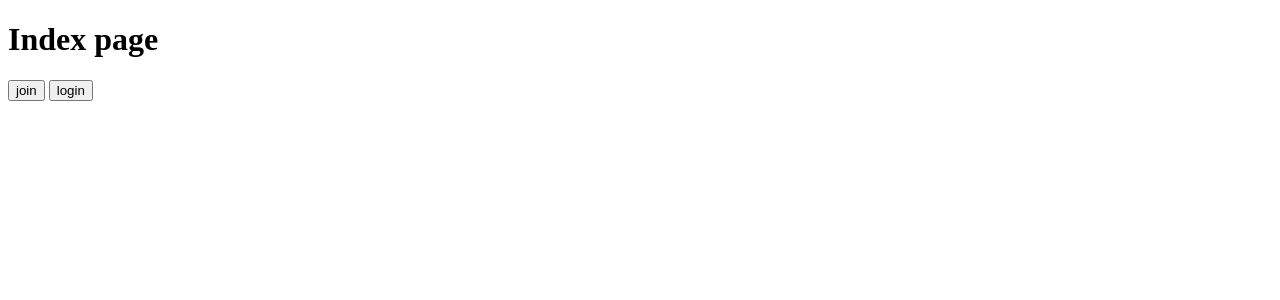
Repository: WoodongMaster/JSP_Workspace
Page: http://localhost/jsp_project2/
These files come from the project's save history. The page is drawn as it stood at one moment and after the next save; the edit follows.
The browser window is 1280 px wide. The pictures show the whole page.
The page is served by Tomcat 9.

Above is the page before, as saved 2023-05-12 02:45:50.

After the next save:
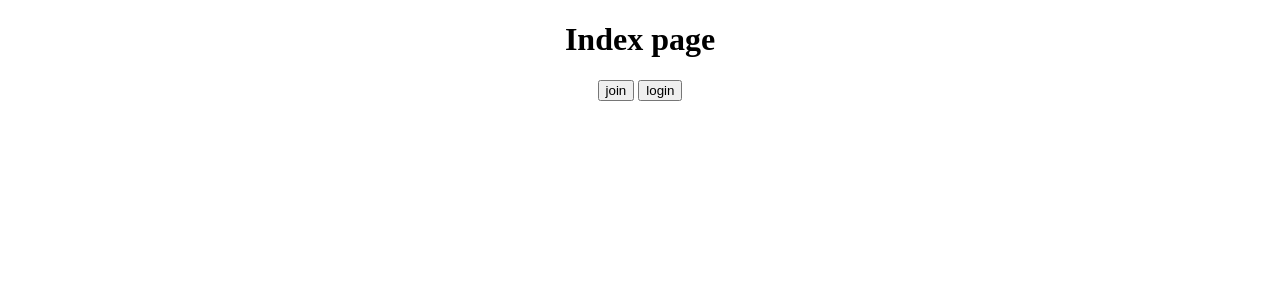
Saved 3 min 6 s later.
--- a/jsp_project2/jsp_project/jsp_project2/src/main/webapp/index.jsp
+++ b/jsp_project2/jsp_project/jsp_project2/src/main/webapp/index.jsp
@@ -6,7 +6,7 @@
 <meta charset="UTF-8">
 <title>Index</title>
 </head>
-<body>
+<body align = "center">
 	<h1>Index page</h1>
 
 	<a href="#"><button>join</button></a>
